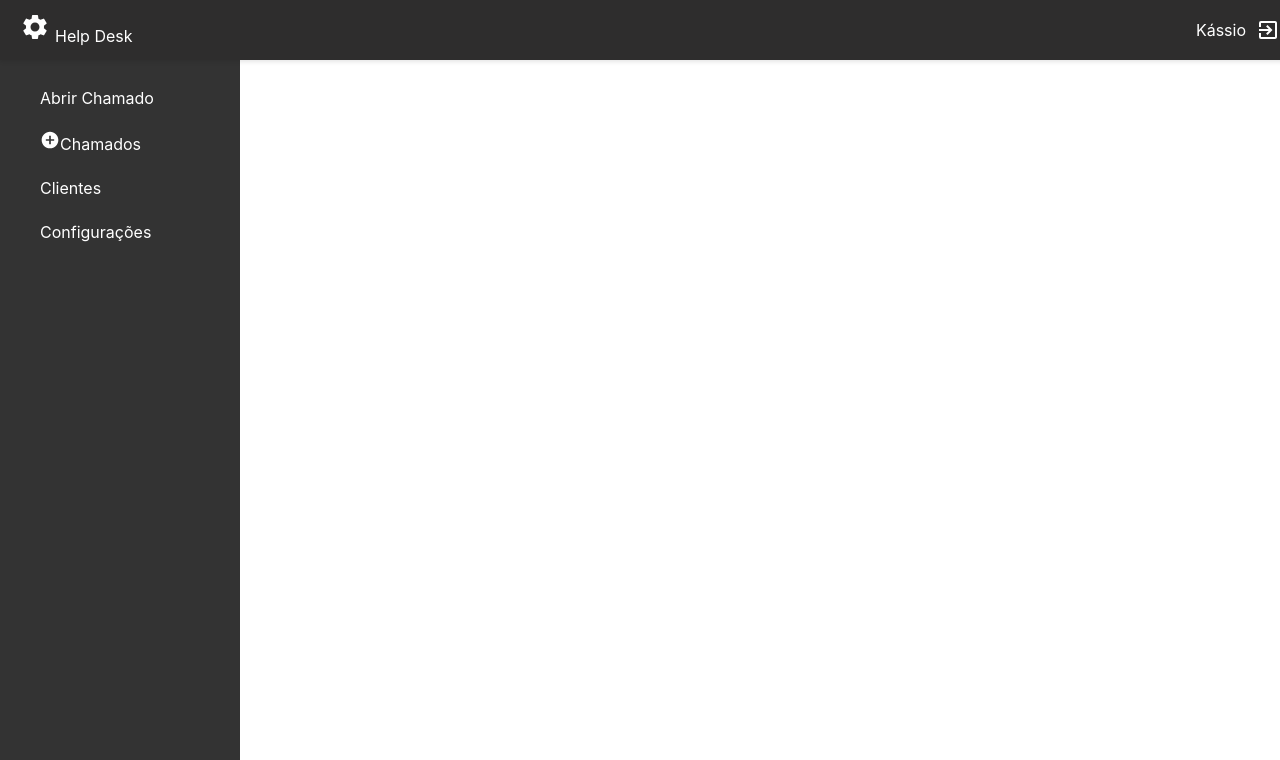
Repository: zkassimz/helpdesk
Page: /
The author's editor kept a copy of each file at every save. The page is drawn from the files as they stood at one save, then again after a run of saves.
The browser window is 1280 px wide. The pictures show the whole page.
The project was rebuilt for these pictures with package versions that can differ from the ones it lists, and the page was loaded fresh each time. Also part of the build but not shown: vite.config.js, src/components/css/Chamados.css, src/components/Chamados.jsx, src/components/Clientes.jsx, src/components/Configuracoes.jsx.

Above is the page before, as saved 2024-04-02 12:46:14.

### index.html
<!doctype html>
<html lang="en">

  <body>
    <div id="root"></div>
    <script type="module" src="/src/main.jsx"></script>
  </body>
</html>

### src/App.jsx
// src/App.js
import React, { useState } from 'react';
import AppBar from './components/AppBar'; // Importando o componente AppBar
import Sidebar from './components/Sidebar';
import Chamados from './components/Chamados';
import Clientes from './components/Clientes';
import Configuracoes from './components/Configuracoes';
import './App.css';

function App() {
  const [currentPage, setCurrentPage] = useState('Dashboard');

  const renderPage = () => {
    switch (currentPage) {
      case 'Chamados':
        return <Chamados />;
      case 'Clientes':
        return <Clientes />;
      case 'Configuracoes':
        return <Configuracoes />;
      default:
        return <div>Página não encontrada</div>;
    }
  };

  return (
    <div className="app">
      <AppBar />
      <div className="content">
        <Sidebar setCurrentPage={setCurrentPage} />
        <div className="main-content">
          {renderPage()}
        </div>
      </div>
    </div>
  );
}

export default App;

### src/components/AppBar.jsx

import React from 'react';
import { MdAdd, MdSearch, MdExitToApp, MdSettings } from 'react-icons/md';
import './css/AppBar.css';

const AppBar = () => {


  return (
    <div className="appbar">
      <div className="appbar-left">


        <div className="appbar-item" onClick={() => console.log("Consultar/Atender")}>
          <MdSettings size={30} />
          <span>Help Desk</span>
        </div>
      </div>
      <div className="appbar-right">
        <span>Kássio </span>
        <div className="logout-button" onClick={() => console.log("Logout")}>
          <MdExitToApp size={24} />
        </div>
      </div>
    </div>
  );
};

export default AppBar;

### src/components/Sidebar.jsx
import React from 'react';
import './css/SideBar.css';
import { MdAdd, MdSearch, MdExitToApp, MdSettings, MdSelectAll, MdTimer10Select, Md30FpsSelect, MdSend, MdAddCircle } from 'react-icons/md';
const Sidebar = ({ setCurrentPage }) => {
  const handleClick = (page) => {
    setCurrentPage(page);
  };

  return (
    <div className="sidebar">
      <div className="sidebar-header">

      </div>
      <ul className="menu">
        <li onClick={() => handleClick('Chamados')}><div >

          <span>Abrir Chamado</span>
        </div></li>
        <li onClick={() => handleClick('Chamados')}> <MdAddCircle size={20} />Chamados</li>
        <li onClick={() => handleClick('Clientes')}>Clientes</li>
        <li onClick={() => handleClick('Configurações')}>Configurações</li>
      </ul>
    </div>
  );
};

export default Sidebar;

### src/App.css

.app {
  display: grid;
  grid-template-rows: auto 1fr;
  height: 100vh;
}
.sidebar {
  width: 200px;
  background-color: #333;
  color: #fff;
}

.main-content {
  flex: 1;
  overflow-y: auto;
}

.content {
  display: flex;
}

.sidebar-header {
  padding: 20px;
  text-align: center;
}

.menu {
  list-style-type: none;
  padding: 0;
}

.menu li {
  padding: 10px 20px;
  cursor: pointer;
}

.menu li:hover {
  background-color: #555;
}

### src/components/css/AppBar.css


.appbar {
    background-color: #2e2d2d;
    color: #fff;
    display: flex;
    justify-content: space-between;
    align-items: center;
    padding: 0 20px;
    height: 60px;
    width: 100%;
    position: fixed;
    top: 0;
    z-index: 1000;
    box-shadow: 0 2px 4px rgba(0, 0, 0, 0.1);
  }

  .appbar-left, .appbar-right {
    display: flex;
    align-items: center;
  }

  .appbar-item, .logout-button {
    cursor: pointer;
    margin-right: 20px;
    text-decoration: none;
    color: inherit;
    transition: all 0.3s ease;
  }

  .appbar-item:hover, .logout-button:hover {
    transform: translateY(-2px);
  }

  .appbar-item span {
    margin-left: 5px;
  }

  .logout-button {
    display: flex;
    align-items: center;
  }

  .logout-button span {
    margin-right: 10px;
  }
  .appbar-right {
    display: flex;
    align-items: center;
  }

  .appbar-right span {
    margin-right: 10px;
  }

  .logout-button {
    display: flex;
    align-items: center;
  }

### src/components/css/SideBar.css
.sidebar {
    width: 100px;
    background-color: #333;
    color: #fff;
    height: 100vh;
    padding: 20px;
  }

  .sidebar.open {
    width: 0;
  }

  @media (max-width: 768px) {
    .sidebar {
      width: 100%;
    }
  }


  @media (min-width: 1024px) {
    .sidebar {
      width: 300px;
    }
  }

Loaded but not shown: src/main.jsx (common file); src/index.css (common file)

After the next 4 saves:
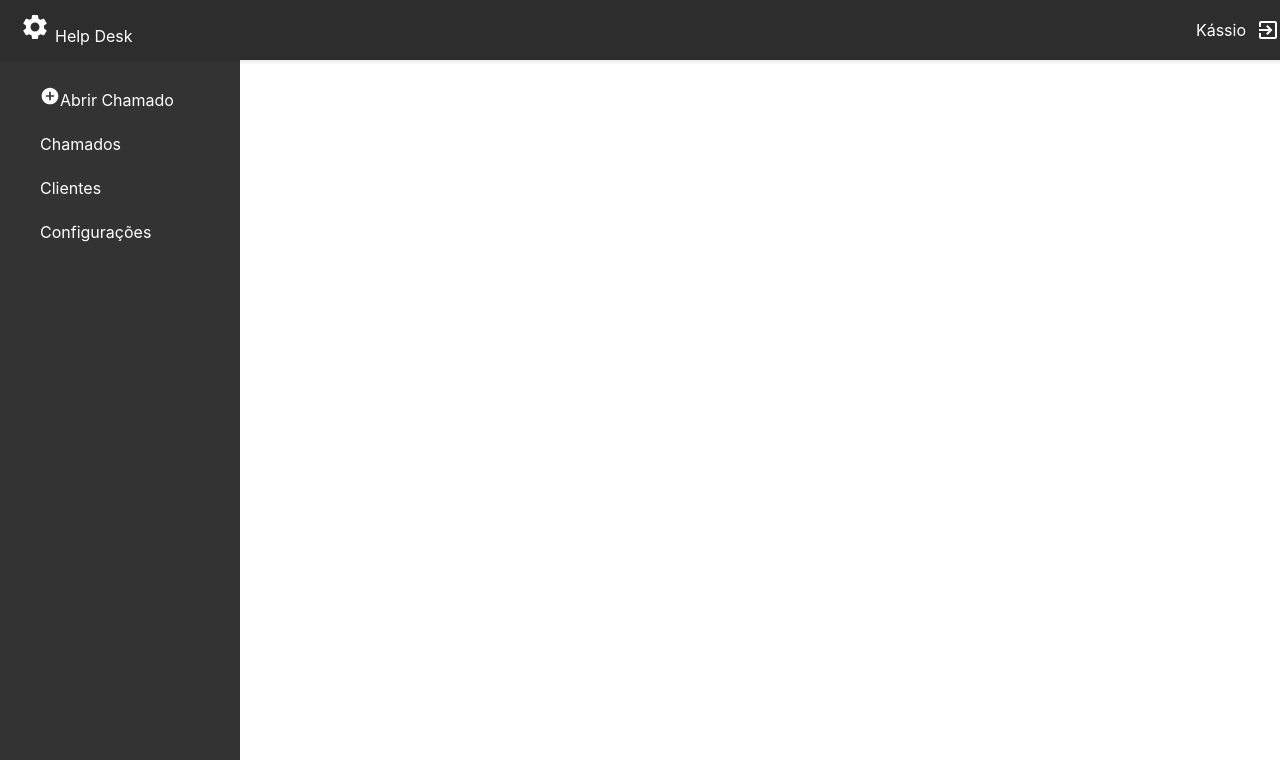
The 4 saves are shown as one change because they came seconds apart.
The last was saved 14 s later.
--- a/src/components/Sidebar.jsx
+++ b/src/components/Sidebar.jsx
@@ -13,10 +13,10 @@ const Sidebar = ({ setCurrentPage }) => {
       </div>
       <ul className="menu">
         <li onClick={() => handleClick('Chamados')}><div >
-
+        <MdAddCircle size={20}></MdAddCircle>
           <span>Abrir Chamado</span>
         </div></li>
-        <li onClick={() => handleClick('Chamados')}> <MdAddCircle size={20} />Chamados</li>
+        <li onClick={() => handleClick('Chamados')}> Chamados</li>
         <li onClick={() => handleClick('Clientes')}>Clientes</li>
         <li onClick={() => handleClick('Configurações')}>Configurações</li>
       </ul>
